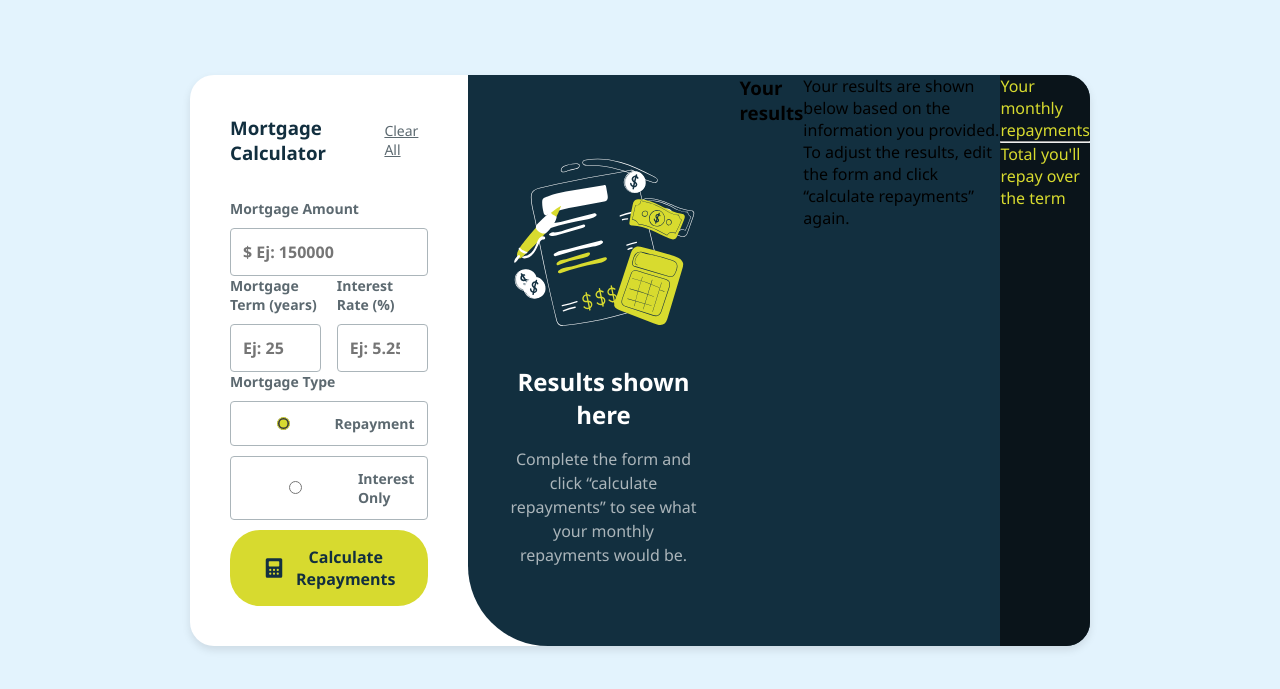
Repository: GravielPV/Mortgage-repayment-calculator
Page: index.html
These files come from the project's save history. The page is drawn as it stood at one moment and after the next save; the edit follows.
The browser window is 1280 px wide. The pictures show the whole page.

Above is the page before, as saved 2025-12-14 14:15:46.

### index.html
<!DOCTYPE html>
<html lang="en">
<head>
  <meta charset="UTF-8">
  <meta name="viewport" content="width=device-width, initial-scale=1.0"> <!-- displays site properly based on user's device -->

  <link rel="icon" type="image/png" sizes="32x32" href="./assets/images/favicon-32x32.png">
  <link rel="stylesheet" href="styles.css">
  <title>Frontend Mentor | Mortgage repayment calculator</title>


</head>
<body>
  <div class="carta">



  <div class="lado-izquierdo">

    <div class="header-form">
      <h3>Mortgage Calculator</h3>
      <a href="#" id="clear-all">Clear All</a>
    </div>

    <form id="mortgage-form">

      <!-- Mortgage Amount -->
      <div class="campo">
        <label for="input-mortgage">Mortgage Amount</label>

        <input
          type="number"
          id="input-mortgage"
          name="mortgage"
          placeholder="$ Ej: 150000">
      </div>

      <!-- Mortgage Term & Interest Rate -->
      <div class="grupo-doble">
        <div class="campo1">
          <label for="input-term">Mortgage Term (years)</label>
          <input
            type="number"
            id="input-term"
            name="term"
            placeholder="Ej: 25">
        </div>

        <div class="campo1">
          <label for="input-interest">Interest Rate (%)</label>
          <input
            type="number"
            step="0.01"
            id="input-interest"
            name="interest"
            placeholder="Ej: 5.25">
        </div>
      </div>

      <!-- Mortgage Type -->
      <div class="campo">
        <label>Mortgage Type</label>

        <div class="radios">
          <label class="radio arriba">
            <input type="radio" name="mortgage-type" value="repayment" checked id="repayment">
            Repayment
          </label>

          <label class="radio abajo">
            <input type="radio" name="mortgage-type" value="interest-only" id="interest-only">
            Interest Only
          </label>
        </div>
      </div>

      <!-- Botón -->
      <div class="boton">

        <button type="button" onclick="calcular()"> <img src="assets/images/icon-calculator.svg" alt="calculadora icon">Calculate Repayments</button>
      </div>



    </form>

  </div>




  <!-- Empty results start -->

  <div class="derecho">

    <img src="assets/images/illustration-empty.svg" alt="mostrar">

  <h3>Results shown here</h3>

  <p>Complete the form and click “calculate repayments” to see what
  your monthly repayments would be.</p>
  </div>

  <!-- Empty results end -->

  <!-- Completed results start -->

  <div class="resultado">
    <h3>Your results</h3>
    <p>Your results are shown below based on the information you provided.
    To adjust the results, edit the form and click “calculate repayments” again.</p>

    <div class="caja-resultados">
      <p>Your monthly repayments</p>
      <h1 id="monthly-repayment"></h1>

      <hr>

      <p>Total you'll repay over the term</p>
      <h3 id="total-repayment"></h3>
    </div>
  </div>

</div>

<!-- Completed results end -->

<script src="app.js"></script>
</body>
</html>

### styles.css
* {
    box-sizing: border-box;
    margin: 0;
    padding: 0;
    font-family: 'Segoe UI', Tahoma, Geneva, Verdana, sans-serif;
}

body {
    background-color: hsl(202, 86%, 94%);
    display: flex;
    justify-content: center;
    align-items: center;
    min-height: 100vh;
}

.carta {
    width: 100%;
    max-width: 900px;
    background-color: white;
    display: flex;
    border-radius: 24px;
    overflow: hidden;
    box-shadow: 0 4px 8px 0 rgba(0, 0, 0, 0.1);
    margin: 20px;
}

/* ---- Lado Izquierdo ---- */
.lado-izquierdo {
    width: 50%;
    padding: 40px;
    display: flex;
    flex-direction: column;
    gap: 24px;
}

.header-form {
    display: flex;
    justify-content: space-between;
    align-items: center;
    margin-bottom: 10px;
}

.header-form h3 {
    color: hsl(202, 55%, 16%);
}

.header-form a {
    color: hsl(200, 10%, 40%);
    text-decoration: underline;
    font-size: 14px;
    cursor: pointer;
}

.header-form a:hover {
    color: hsl(202, 55%, 16%);
}

/* Inputs */
.campo {
    display: flex;
    flex-direction: column;
    gap: 10px;
}

.campo label, .campo1 label {
    color: hsl(200, 10%, 40%);
    font-size: 14px;
    font-weight: bold;
}

.campo input, .campo1 input {
    padding: 12px;
    border: 1px solid hsl(200, 10%, 70%);
    border-radius: 4px;
    font-size: 16px;
    font-weight: bold;
    cursor: pointer;
    width: 100%;
}

.campo input:focus, .campo1 input:focus {
    outline: none;
    border-color: hsl(61, 70%, 52%);
}

.grupo-doble {
    display: flex;
    gap: 16px;
}

.campo1 {
    display: flex;
    flex-direction: column;
    gap: 10px;
    width: 50%;
}

/* Radio buttons */
.radios {
    display: flex;
    flex-direction: column;
    gap: 10px;
}

.radio {
    display: flex;
    align-items: center;
    border: 1px solid hsl(200, 10%, 70%);
    padding: 12px;
    border-radius: 4px;
    cursor: pointer;
    gap: 10px;
    font-weight: bold;
    color: hsl(202, 55%, 16%);
}

.radio:hover {
    border-color: hsl(61, 70%, 52%);
}

.radio input {
    margin: 0;
    accent-color: hsl(61, 70%, 52%);
}

/* Boton */
.boton {
    margin-top: 10px;
}

button {
    display: flex;
    align-items: center;
    justify-content: center;
    gap: 10px;
    padding: 16px 32px;
    background-color: hsl(61, 70%, 52%);
    border: none;
    color: hsl(202, 55%, 16%);
    border-radius: 30px;
    cursor: pointer;
    font-weight: bold;
    font-size: 16px;
    width: 100%;
    transition: background-color 0.3s;
}

button:hover {
    background-color: hsl(61, 70%, 70%);
}

/* ---- Lado Derecho ---- */
.derecho {
    width: 50%;
    background-color: hsl(202, 55%, 16%);
    color: white;
    padding: 40px;
    display: flex;
    flex-direction: column;
    justify-content: center;
    align-items: center;
    text-align: center;
    border-bottom-left-radius: 80px;
}

.derecho img {
    margin-bottom: 20px;
}

.derecho h3 {
    margin-bottom: 16px;
    font-size: 24px;
}

.derecho p {
    color: hsl(200, 10%, 70%);
    line-height: 1.5;
}

.resultado {
    display: none;
}


.resultado{
    background-color: hsl(202, 55%, 16%);
    display: flex;
    justify-content: center;
}

.resultado .caja-resultados {

    background-color: hsl(201, 46%, 7%);
    color: hsl(61, 70%, 52%);
}

/* Responsive */
@media (max-width: 768px) {
    body {
        align-items: flex-start;
        background-color: white;
    }

    .carta {
        flex-direction: column;
        border-radius: 0;
        margin: 0;
        box-shadow: none;
        max-width: 100%;
    }

    .lado-izquierdo, .derecho {
        width: 100%;
        padding: 24px;
    }

    .derecho {
        border-radius: 0;
        min-height: 400px;
    }

    .grupo-doble {
        flex-direction: column;
    }

    .campo1 {
        width: 100%;
    }
}

### app.js
// INPUTS
const montoInput = document.getElementById("input-mortgage");
const yearsInput = document.getElementById("input-term");
const interesInput = document.getElementById("input-interest");

// RADIOS
const repaymentRadio = document.getElementById("repayment");
const interestOnlyRadio = document.getElementById("interest-only");

// RESULTADOS
const resultadoBox = document.querySelector(".resultado");
const derechoBox = document.querySelector(".derecho");

const monthlyText = document.getElementById("monthly-repayment");
const totalText = document.getElementById("total-repayment");

// CLEAR ALL
const clearAllBtn = document.getElementById("clear-all");

// FORMATO MONEDA
function formatoMoneda(valor) {
  return new Intl.NumberFormat("en-US", {
    style: "currency",
    currency: "USD",
    minimumFractionDigits: 2,
  }).format(valor);
}

// CALCULAR
function calcular() {
  const monto = Number(montoInput.value);
  const years = Number(yearsInput.value);
  const interes = Number(interesInput.value) / 100;

  if (!monto || !years || !interes) {
    alert("Please complete all fields");
    return;
  }

  const r = interes / 12;
  const n = years * 12;

  let pagoMensual = 0;
  let pagoTotal = 0;

  // REPAYMENT
  if (repaymentRadio.checked) {
    pagoMensual =
      (monto * r * Math.pow(1 + r, n)) /
      (Math.pow(1 + r, n) - 1);

    pagoTotal = pagoMensual * n;
  }

  // INTEREST ONLY
  if (interestOnlyRadio.checked) {
    pagoMensual = monto * r;
    pagoTotal = pagoMensual * n;
  }

  // MOSTRAR RESULTADOS
  monthlyText.textContent = formatoMoneda(pagoMensual);
  totalText.textContent = formatoMoneda(pagoTotal);

  derechoBox.style.display = "none";
  resultadoBox.style.display = "block";
}

// CLEAR ALL
clearAllBtn.addEventListener("click", (e) => {
  e.preventDefault();

  montoInput.value = "";
  yearsInput.value = "";
  interesInput.value = "";

  repaymentRadio.checked = true;
  interestOnlyRadio.checked = false;

  resultadoBox.style.display = "none";
  derechoBox.style.display = "block";
});

After the next save:
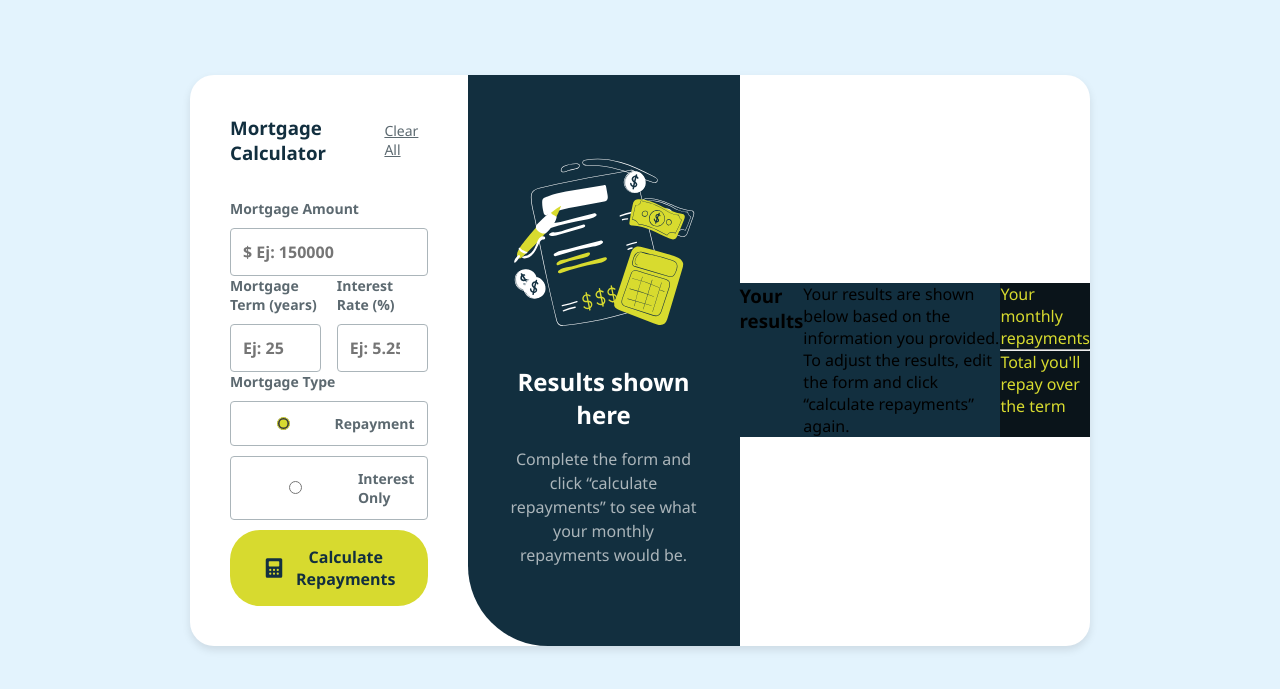
Saved 5 s later.
--- a/styles.css
+++ b/styles.css
@@ -186,6 +186,7 @@
     background-color: hsl(202, 55%, 16%);
     display: flex;
     justify-content: center;
+    margin: auto;
 }
 
 .resultado .caja-resultados {

After the save that followed:
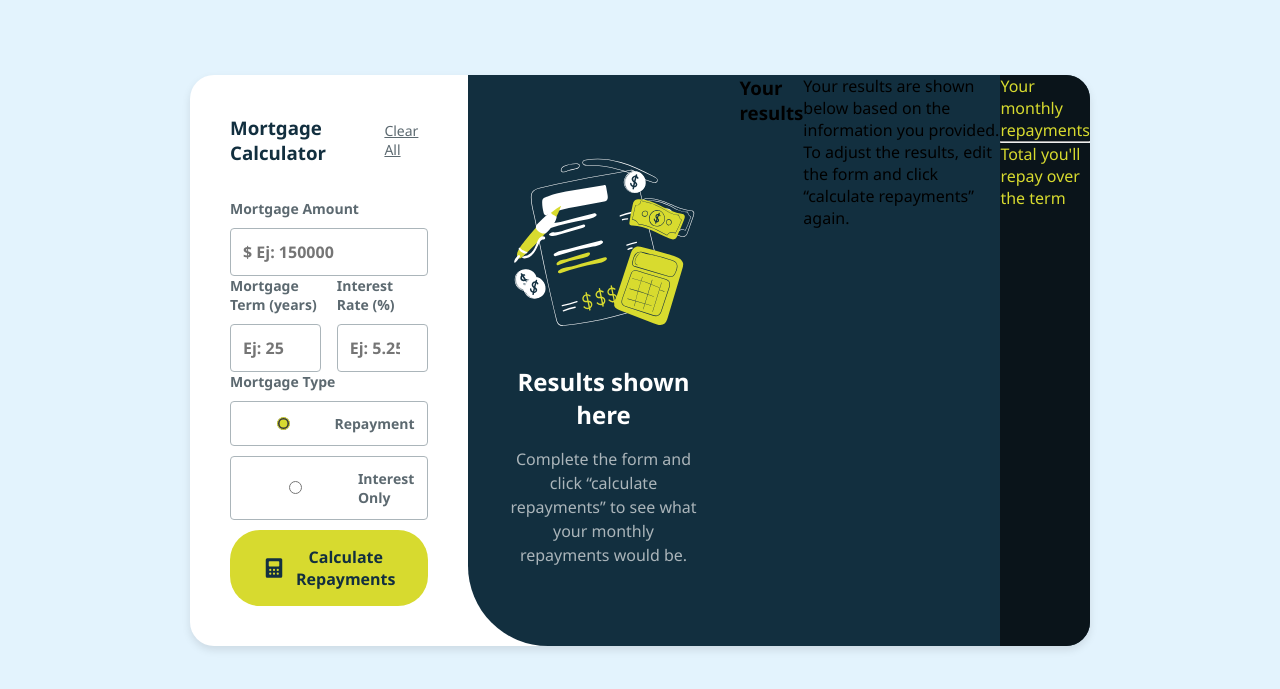
Saved 5 s later.
--- a/styles.css
+++ b/styles.css
@@ -186,7 +186,7 @@
     background-color: hsl(202, 55%, 16%);
     display: flex;
     justify-content: center;
-    margin: auto;
+
 }
 
 .resultado .caja-resultados {
